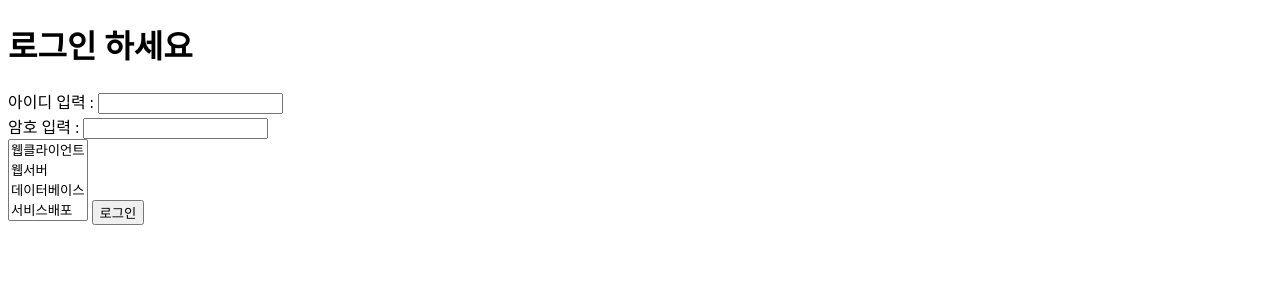
Repository: zwundzwzig/STARTERS
Page: workspace_webserver/servelettest/src/main/webapp/login_db.html
An editor plug-in stored every save of this project. The page is shown before and after the next save, followed by the edit.
The browser window is 1280 px wide. The pictures show the whole page.

Above is the page before, as saved 2023-01-04 06:10:02.

### workspace_webserver/servelettest/src/main/webapp/login_db.html
<!DOCTYPE html>
<html>
	<head>
		<meta charset="UTF-8">
		<title>Insert title here</title>
	</head>
	<body>
		<h1>로그인 하세요</h1>
		<form action="/servelettest/loginprocess" method="post">
			아이디 입력 : <input type="text" name="id" />
			<br />
			암호 입력 : <input type="password" name="pw" />
			<br />
			<select name="title" multiple="multiple">
				<option>웹클라이언트</option>
				<option>웹서버</option>
				<option>데이터베이스</option>
				<option>서비스배포</option>
			</select>
			<input type="submit" value="로그인" />
		</form>
	</body>
</html>

After the next save:
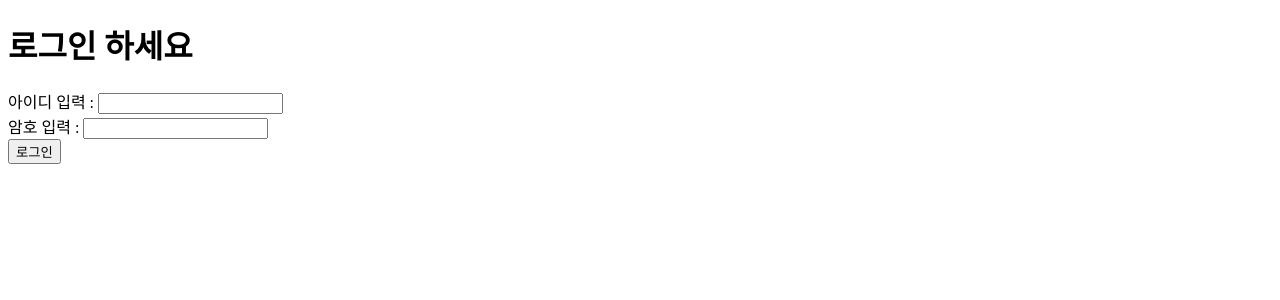
Saved 17 s later.
--- a/workspace_webserver/servelettest/src/main/webapp/login_db.html
+++ b/workspace_webserver/servelettest/src/main/webapp/login_db.html
@@ -11,12 +11,6 @@
 			<br />
 			암호 입력 : <input type="password" name="pw" />
 			<br />
-			<select name="title" multiple="multiple">
-				<option>웹클라이언트</option>
-				<option>웹서버</option>
-				<option>데이터베이스</option>
-				<option>서비스배포</option>
-			</select>
 			<input type="submit" value="로그인" />
 		</form>
 	</body>
